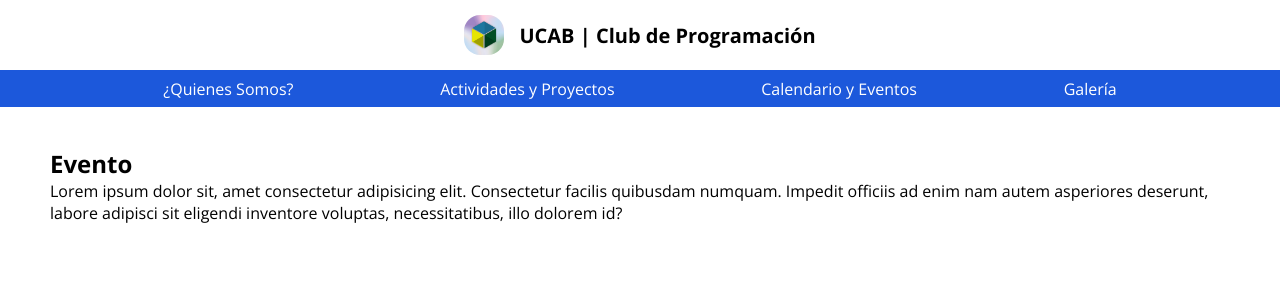
Repository: LuisR404/LandingPage
Page: Pages/CalendarioYEventos.html
The author's editor kept a copy of each file at every save. The page is drawn from the files as they stood at one save, then again after the next save.
The browser window is 1280 px wide. The pictures show the whole page.

Above is the page before, as saved 2025-11-24 14:25:44.

### Pages/CalendarioYEventos.html
<!DOCTYPE html>
<html lang="es">
<head>
    <meta charset="UTF-8">
    <meta name="viewport" content="width=device-width, initial-scale=1.0">
    <link rel="stylesheet" href="../Styles/CommonStyles.css">   <!-- ESTILOS GENERALES -->
    <link rel="stylesheet" href="../Styles/CalendarioYEventos.css">     <!-- ESTILOS DE LA PÁGINA -->
    <title>Document</title>
</head>
<body>
    <!-- TITULO -->
    <section class="header">
        <img src="../resources/club_icon.jpg" alt="" id="header-logo">
        <h1>UCAB | Club de Programación</h1>
    </section>

    <!-- NAV BAR -->
    <nav class="header-nav">
        <ul>
            <li><a href="./QuienesSomos.html">¿Quienes Somos?</a></li>
            <li><a href="./ActividadesYProyectos.html">Actividades y Proyectos</a></li>
            <li><a href="./CalendarioYEventos.html">Calendario y Eventos</a></li>
            <li><a href="./Galeria.html">Galería</a></li>
        </ul>
    </nav>

    <section class="eventos">
        <div id="eventos-container">
            <div class="evento">
                <h2>Evento</h2>
                <p>Lorem ipsum dolor sit, amet consectetur adipisicing elit. Consectetur facilis quibusdam numquam. Impedit officiis ad enim nam autem asperiores deserunt, labore adipisci sit eligendi inventore voluptas, necessitatibus, illo dolorem id?</p>
            </div>
        </div>
    </section>
</body>
</html>

### Styles/CommonStyles.css
/* ============ ESTILOS DE PAGINA ============ */
@import url('https://fonts.googleapis.com/css2?family=Open+Sans:wght@400;700&display=swap');

* {
    font-family: 'Open sans', sans-serif;
    margin: 0;
}

.item {
    border: 1px solid rgba(255, 255, 255, 0.25);
    box-sizing: border-box;
    box-shadow: inset 0px 0px 3.5px rgba(255, 255, 255, 0.5), 3px 5px 10px rgba(0, 0, 0, 0.4);
    /* box-shadow:  */
}

img {
    max-width: 100% ;
}

button:hover {
    cursor: pointer;
    scale: 110%;
}

/* ============ HEADER ============ */
.header {
    display: flex;
    justify-content: center;
    align-items: center;

    padding-top: 15px;
    padding-bottom: 15px;
}

.header h1 {  /* ------> titulo */
    font-size: clamp(17px, 4vw, 20px);
    white-space: nowrap;

    margin-left: 15px;
}

#header-logo {  /* ------> logo */
    width: clamp(32px, 7vw, 40px);
    height: clamp(32px, 7vw, 40px);

    border-radius: 40%;
}

/* ========== NAV BAR ========== */
.header-nav {
    display: flex;
    justify-content: center;

    padding-top: 7.5px;
    padding-bottom: 7.5px;


    background-color: #1C58DB;
}

.header-nav ul {  /* ------> lista */
    display: flex;
    flex-direction: row;
    justify-content: space-around;

    width: 1100px;

    padding: 0;

    list-style: none;
}

.header-nav ul li a {  /* ------> links */
    text-decoration: none;
    color: white;
}

### Styles/CalendarioYEventos.css
img {
    width: 150px;
}

.eventos {
    padding: 40px 50px;

    max-width: 100%;
}

After the next save:
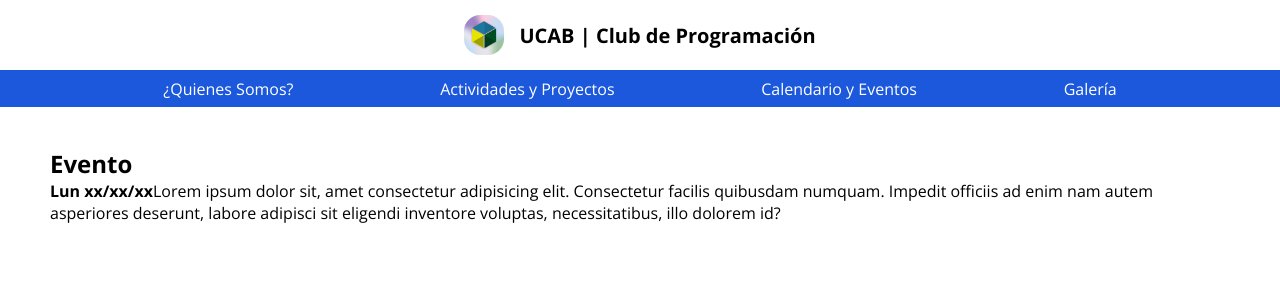
Saved 23 s later.
--- a/Pages/CalendarioYEventos.html
+++ b/Pages/CalendarioYEventos.html
@@ -28,7 +28,7 @@
         <div id="eventos-container">
             <div class="evento">
                 <h2>Evento</h2>
-                <p>Lorem ipsum dolor sit, amet consectetur adipisicing elit. Consectetur facilis quibusdam numquam. Impedit officiis ad enim nam autem asperiores deserunt, labore adipisci sit eligendi inventore voluptas, necessitatibus, illo dolorem id?</p>
+                <p><b>Lun xx/xx/xx</b>Lorem ipsum dolor sit, amet consectetur adipisicing elit. Consectetur facilis quibusdam numquam. Impedit officiis ad enim nam autem asperiores deserunt, labore adipisci sit eligendi inventore voluptas, necessitatibus, illo dolorem id?</p>
             </div>
         </div>
     </section>
